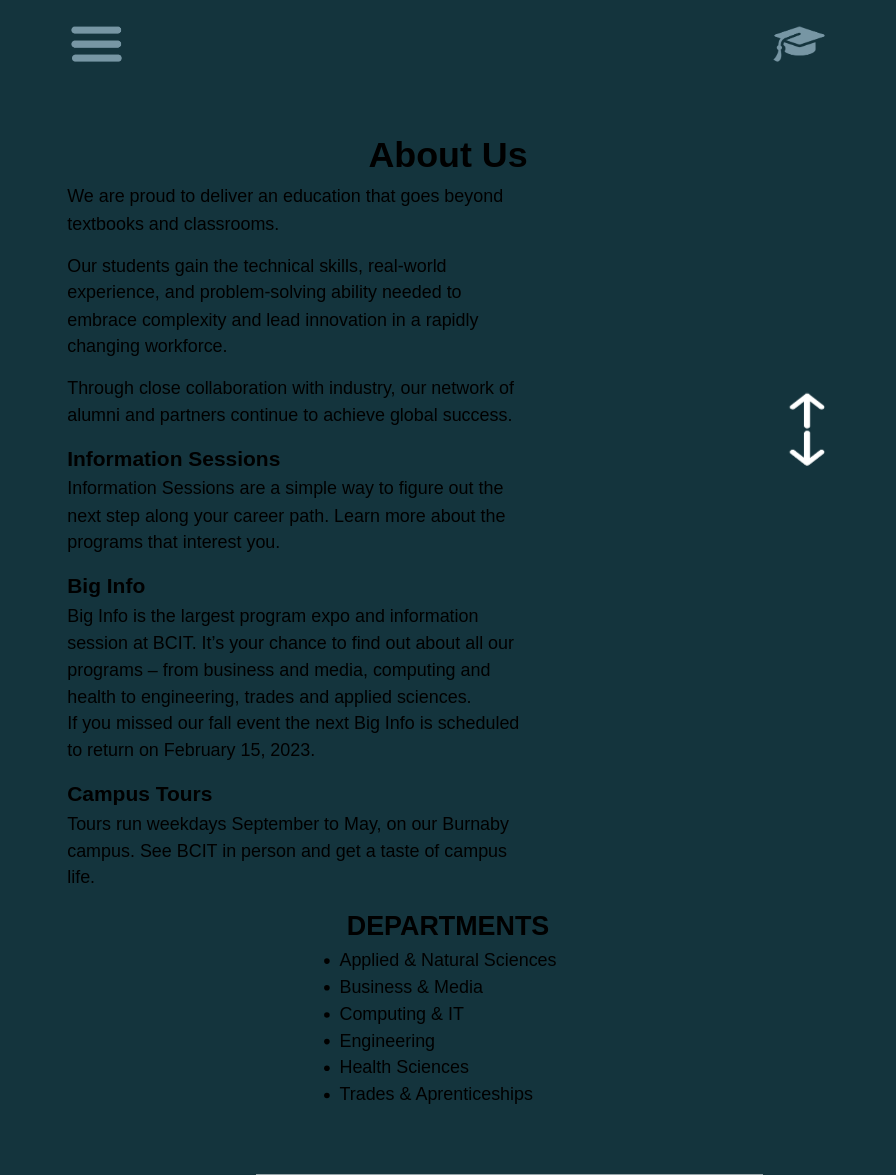
Repository: Kinakopan/playwright_bcit
Page: /about
An editor plug-in stored every save of this project. The page is shown before and after the next save, followed by the edit.
The browser window is 1280 px wide. The pictures show the whole page, at 70% of full size.
Some web fonts or font styles are not loaded; a fallback is used. The project was rebuilt for these pictures with package versions that can differ from the ones it lists, and the page was loaded fresh each time. The framework's server and built-in components were replaced by stand-ins that run in the browser. Also part of the build but not shown: next.config.js.

Above is the page before, as saved 2023-01-28 11:10:09.

After the next save:
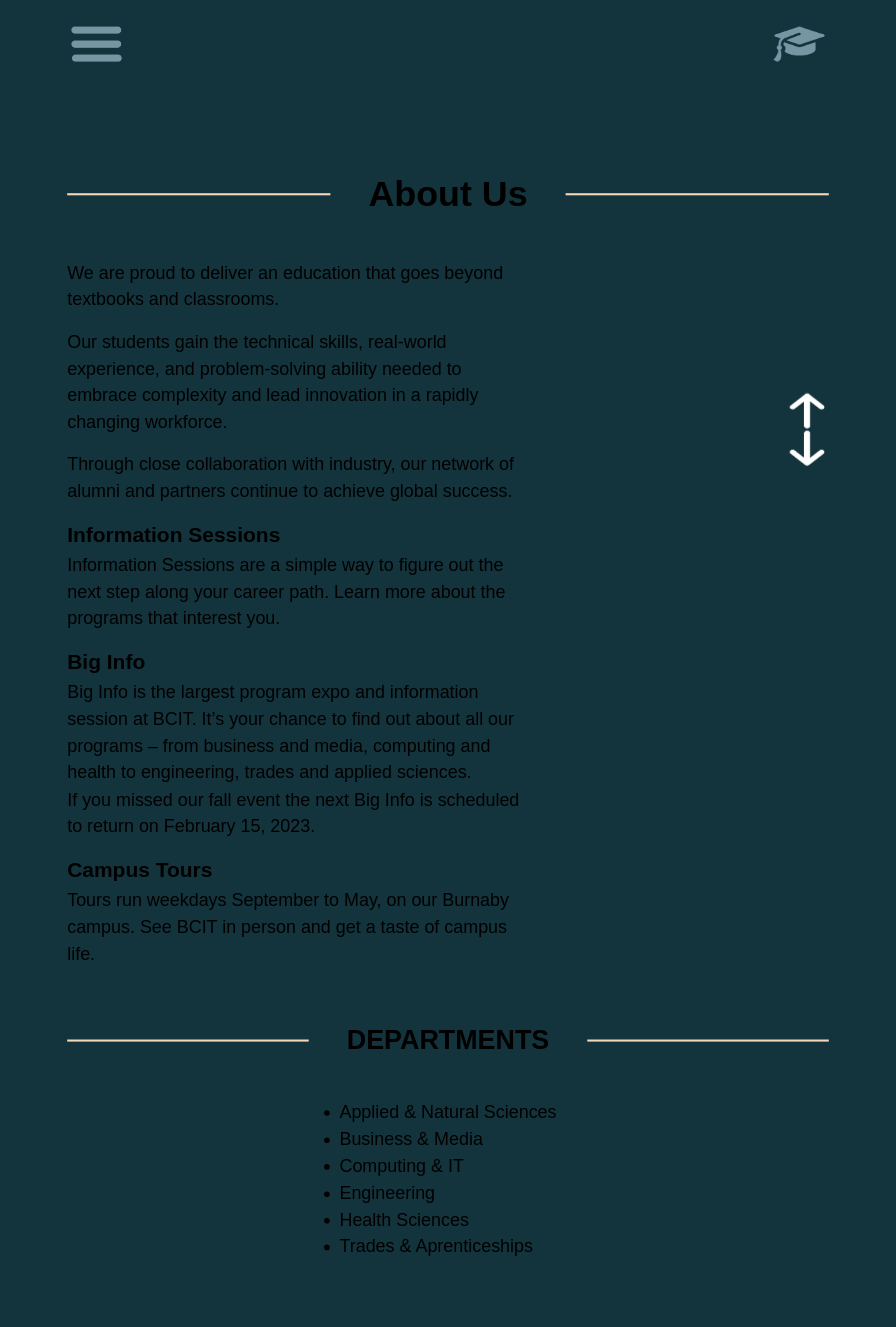
Saved 17 s later.
--- a/styles/Home.module.css
+++ b/styles/Home.module.css
@@ -388,7 +388,7 @@
   color: var(--primary-color);
 }
 
-.body_home .text_heading1 {
+.body_home .text_heading {
   font-family: 'Myriad Pro', sans-serif;
   /* font-size: 3.6rem; */
   font-size: 220%;
@@ -435,26 +435,26 @@
 
 } */
 
-.body_about .text_heading1 {
+.body_about .text_heading {
   display: flex;
   align-items: center;
   width: 100%;
   padding: 5% 0;
 }
 
-.body_about .text_heading1:before,
-.body_about .text_heading1:after {
+.body_about .text_heading:before,
+.body_about .text_heading:after {
   content: "";
   height: 3px;
   flex-grow: 1;
   background: var(--secondary-color);
 }
 
-.body_about .text_heading1:before {
+.body_about .text_heading:before {
   margin-right: 5%;
 }
 
-.body_about .text_heading1:after {
+.body_about .text_heading:after {
   margin-left: 5%;
 }
 

After the save that followed:
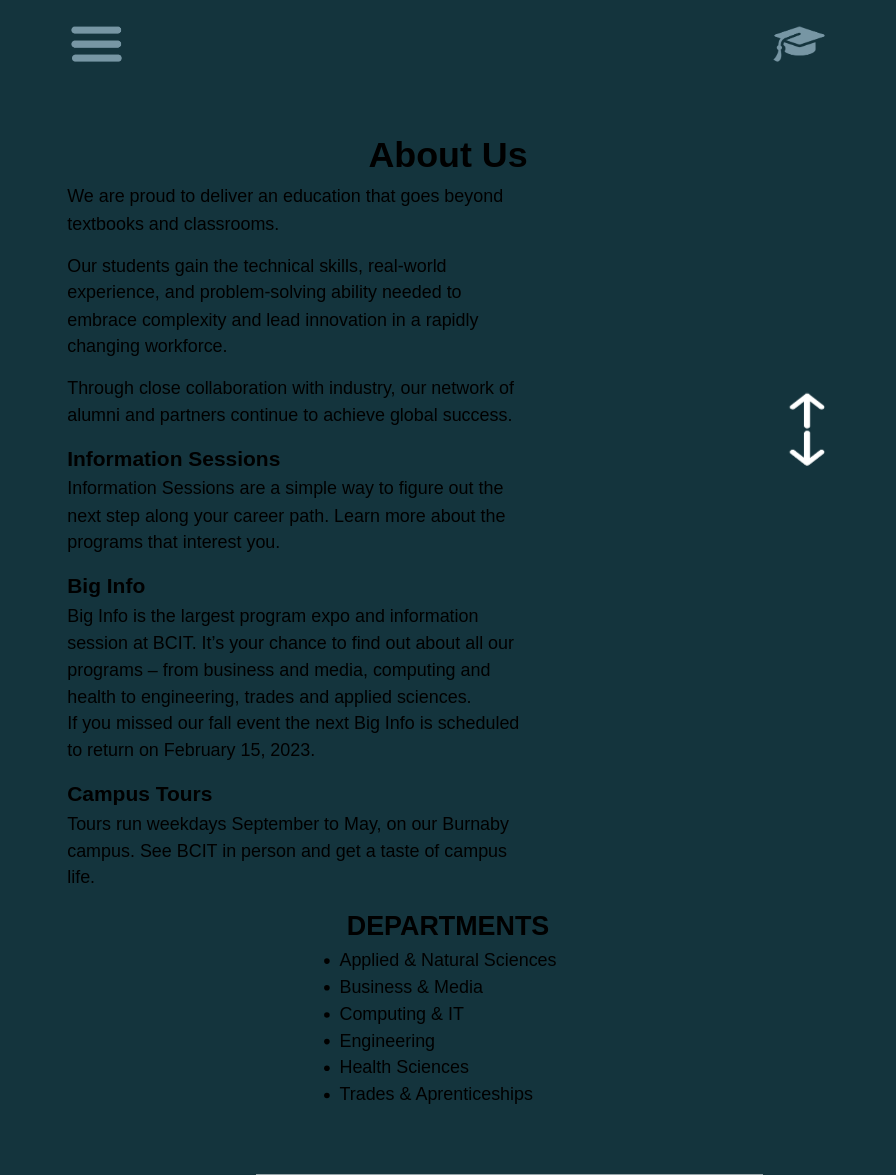
Saved 59 s later.
--- a/styles/Home.module.css
+++ b/styles/Home.module.css
@@ -388,7 +388,7 @@
   color: var(--primary-color);
 }
 
-.body_home .text_heading {
+.body_home .text_heading1 {
   font-family: 'Myriad Pro', sans-serif;
   /* font-size: 3.6rem; */
   font-size: 220%;
@@ -435,26 +435,26 @@
 
 } */
 
-.body_about .text_heading {
+.body_about .text_heading1 {
   display: flex;
   align-items: center;
   width: 100%;
   padding: 5% 0;
 }
 
-.body_about .text_heading:before,
-.body_about .text_heading:after {
+.body_about .text_heading1:before,
+.body_about .text_heading1:after {
   content: "";
   height: 3px;
   flex-grow: 1;
   background: var(--secondary-color);
 }
 
-.body_about .text_heading:before {
+.body_about .text_heading1:before {
   margin-right: 5%;
 }
 
-.body_about .text_heading:after {
+.body_about .text_heading1:after {
   margin-left: 5%;
 }
 
